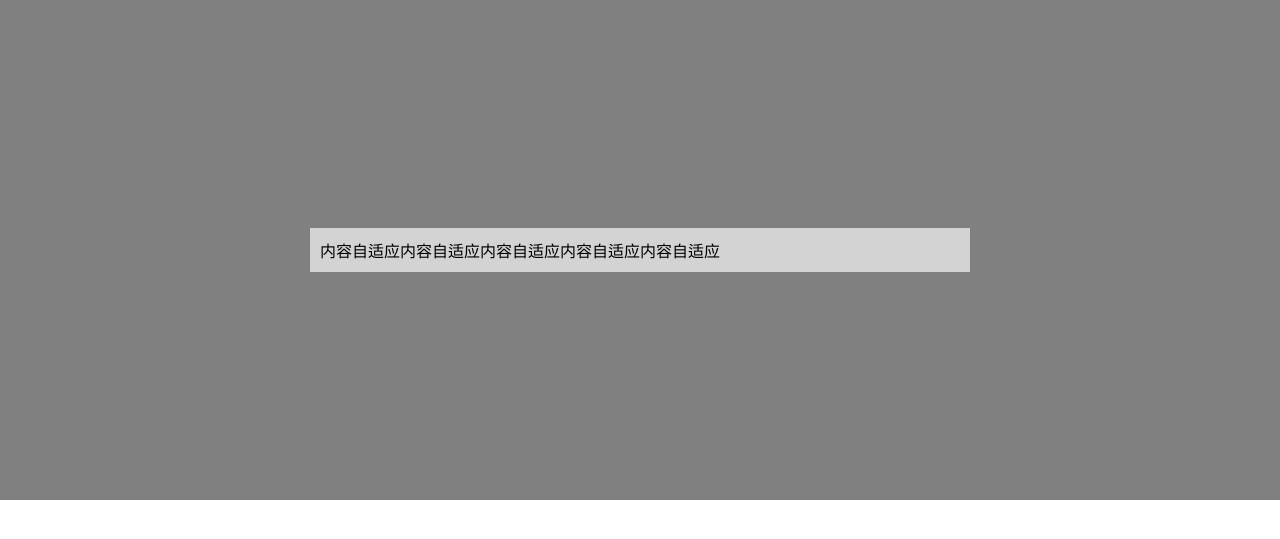
Repository: ArtemisWang/webpack
Page: src/demo20.html
An editor plug-in stored every save of this project. The page is shown before and after the next save, followed by the edit.
The browser window is 1280 px wide. The pictures show the whole page.

Above is the page before, as saved 2020-03-31 20:51:12.

### src/demo20.html
<!DOCTYPE html>
<html lang="en">
<head>
    <meta charset="UTF-8">
    <meta name="viewport" content="width=device-width, initial-scale=1.0">
    <title>Document</title>
    <style type="text/css" >
    .html,body{
        padding:0;
        margin:0;
        height:100%;
    }
    .father{
        display:flex;
        justify-content:center;
        align-items:center;
        height:500px;
        width: 100%;
        background-color:grey;
    }
    .child{
        background-color: lightgray;
        width:50%;
        padding:10px;
    }
    </style>
</head>
<body>
	<div class="father">
        <div class="child">
            内容自适应内容自适应内容自适应内容自适应内容自适应
        </div>
    </div>
</body>
</html>

After the next save:
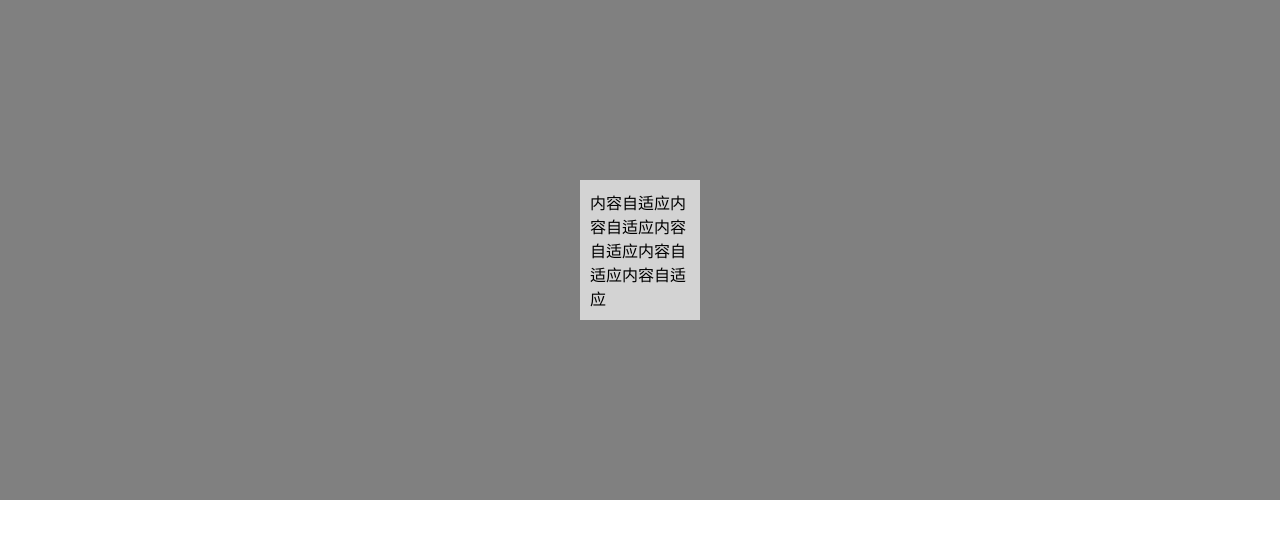
Saved 13 s later.
--- a/src/demo20.html
+++ b/src/demo20.html
@@ -20,7 +20,7 @@
     }
     .child{
         background-color: lightgray;
-        width:50%;
+        width:100px;
         padding:10px;
     }
     </style>
